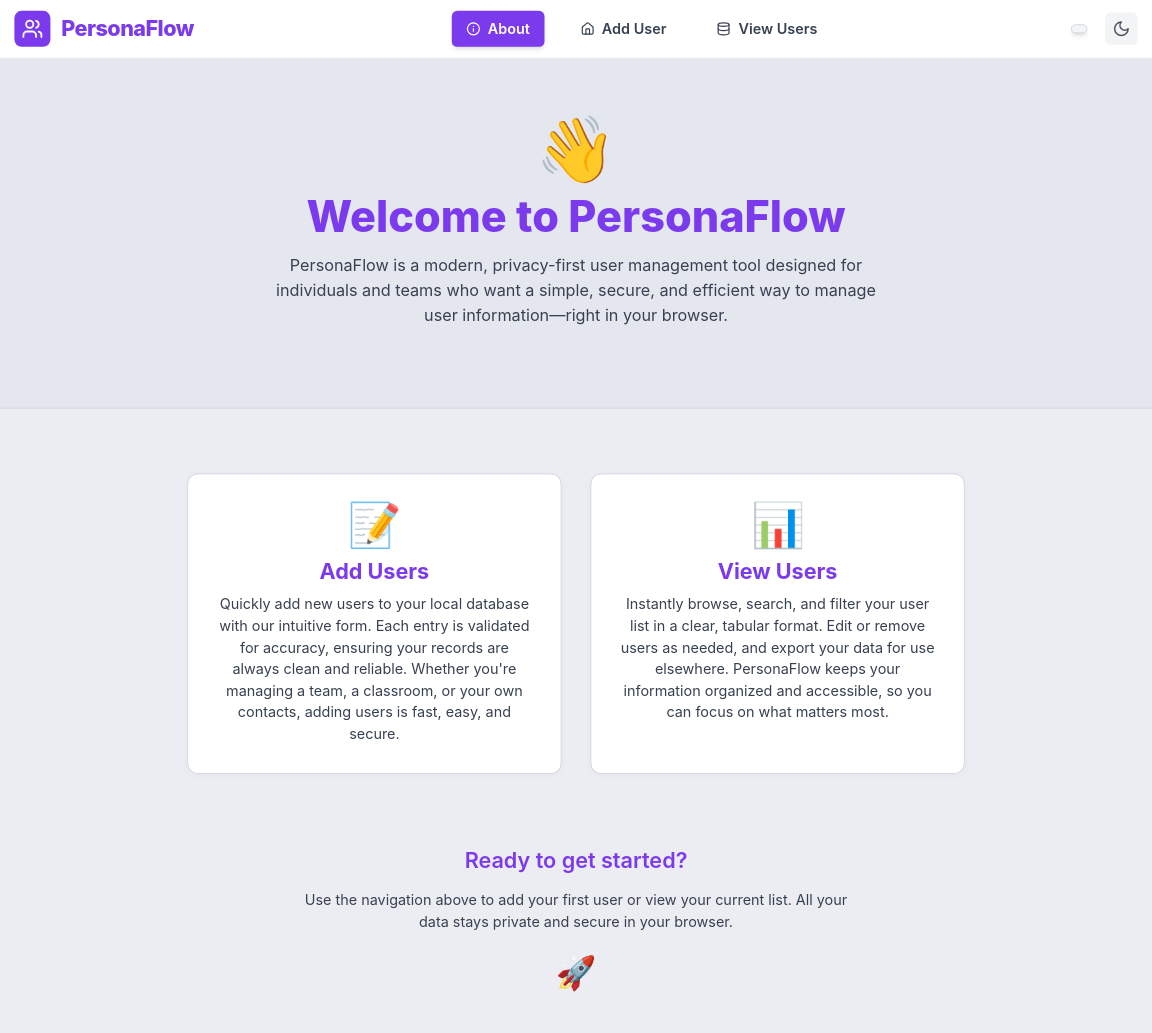
Repository: nikunjagarwal05/PersonaFlow
Page: /
These files come from the project's save history. The page is drawn as it stood at one moment and after the next save; the edit follows.
The browser window is 1280 px wide. The pictures show the whole page, at 90% of full size.
The project was rebuilt for these pictures with package versions that can differ from the ones it lists, and the page was loaded fresh each time. Also part of the build but not shown: vite.config.ts, src/components/Toast.jsx, src/components/LanguageSelector.jsx, src/components/UserForm.jsx, src/utils/localStorage.js, src/pages/Home.jsx, src/components/UserTable.jsx, src/components/SearchBar.jsx and 3 more.

Above is the page before, as saved 2025-06-12 12:17:05.

### index.html
<!doctype html>
<html lang="en">
  <head>
    <meta charset="UTF-8" />
    <link rel="icon" type="image/svg+xml" href="/vite.svg" />
    <meta name="viewport" content="width=device-width, initial-scale=1.0" />
    <meta name="description" content="PersonaFlow - A professional user management system with advanced data handling capabilities" />
    <meta name="keywords" content="user management, data management, professional design, React, JavaScript" />
    <meta name="author" content="PersonaFlow Team" />

    <!-- Open Graph / Facebook -->
    <meta property="og:type" content="website" />
    <meta property="og:title" content="PersonaFlow - Professional User Management" />
    <meta property="og:description" content="Manage users with our professional, clean interface" />

    <!-- Twitter -->
    <meta property="twitter:card" content="summary_large_image" />
    <meta property="twitter:title" content="PersonaFlow - Professional User Management" />
    <meta property="twitter:description" content="Manage users with our professional, clean interface" />

    <title>PersonaFlow - User Management System</title>
  </head>
  <body>
    <div id="root"></div>
    <script type="module" src="/src/main.jsx"></script>
    <script type="text/javascript">
      function googleTranslateElementInit() {
        new google.translate.TranslateElement({
          pageLanguage: 'en',
          layout: google.translate.TranslateElement.InlineLayout.HORIZONTAL
        }, 'google_translate_element');
      }
    </script>
  </body>
</html>

### src/App.jsx
import React, { useState, useEffect } from 'react';
import { BrowserRouter as Router, Routes, Route } from 'react-router-dom';

import { ToastProvider } from './components/ToastContainer';
import Navbar from './components/Navbar';
import Home from './pages/Home';
import ViewData from './pages/ViewData';
import About from './pages/About';

// App component manages global state, dark mode, and routing
function App() {
  const [darkMode, setDarkMode] = useState(() => {
    const saved = localStorage.getItem('darkMode');
    return saved ? JSON.parse(saved) : false;
  });

  useEffect(() => {
    localStorage.setItem('darkMode', JSON.stringify(darkMode));
    if (darkMode) {
      document.documentElement.classList.add('dark');
    } else {
      document.documentElement.classList.remove('dark');
    }
  }, [darkMode]);

  const toggleDarkMode = () => {
    setDarkMode(!darkMode);
  };

  return (
    <div className={`min-h-screen transition-colors duration-300 ${darkMode ? 'dark' : ''}`}>
      <ToastProvider>
        <Router>
          <Navbar darkMode={darkMode} toggleDarkMode={toggleDarkMode} />
          <Routes>
            <Route path="/" element={<About />} />
            <Route path="/add" element={<Home />} />
            <Route path="/view" element={<ViewData />} />
          </Routes>
        </Router>
      </ToastProvider>
    </div>
  );
}

export default App;

### src/index.css
@tailwind base;
@tailwind components;
@tailwind utilities;

@layer base {
  html {
    scroll-behavior: smooth;
  }

  body {
    font-family: -apple-system, BlinkMacSystemFont, 'Segoe UI', 'Roboto', 'Oxygen',
      'Ubuntu', 'Cantarell', 'Fira Sans', 'Droid Sans', 'Helvetica Neue',
      sans-serif;
    -webkit-font-smoothing: antialiased;
    -moz-osx-font-smoothing: grayscale;
    background-color: theme('colors.lightbg');
    color: theme('colors.gray.900');
    top: 0 !important;
  }

  .card {
    background-color: theme('colors.lightcard');
    border: 1px solid theme('colors.lightborder');
    border-radius: 0.75rem;
    box-shadow: 0 2px 8px rgba(0, 0, 0, 0.03);
  }

  .dark body {
    background-color: theme('colors.gray.900');
    color: theme('colors.gray.100');
  }

  .dark .card {
    background-color: theme('colors.gray.800');
    border: 1px solid theme('colors.gray.700');
  }
}

@layer utilities {
  .animate-slide-in {
    animation: slideIn 0.3s ease-out;
  }

  .animate-fade-in {
    animation: fadeIn 0.2s ease-out;
  }

  .btn-hover {
    transition: all 0.2s ease-in-out;
  }

  .btn-hover:hover {
    transform: translateY(-1px);
    box-shadow: 0 4px 12px rgba(0, 0, 0, 0.15);
  }

  .card-hover {
    transition: all 0.2s ease-in-out;
  }

  .card-hover:hover {
    transform: translateY(-2px);
    box-shadow: 0 8px 25px rgba(0, 0, 0, 0.1);
  }

  .form-input {
    transition: all 0.2s ease-in-out;
  }

  .form-input:focus {
    transform: translateY(-1px);
  }

  .table-row {
    transition: all 0.2s ease-in-out;
  }

  .table-row:hover {
    transform: scale(1.01);
  }

  .btn-accent {
    background-color: theme('colors.accent.DEFAULT');
    color: #fff;
  }

  .btn-accent:hover {
    background-color: theme('colors.accent.dark');
  }

  .link-accent {
    color: theme('colors.accent.DEFAULT');
  }

  .link-accent:hover {
    color: theme('colors.accent.dark');
  }

  .dark .btn-accent {
    background-color: theme('colors.darkaccent.DEFAULT');
    color: #fff;
  }

  .dark .btn-accent:hover {
    background-color: theme('colors.darkaccent.dark');
  }

  .dark .link-accent {
    color: theme('colors.darkaccent.DEFAULT');
  }

  .dark .link-accent:hover {
    color: theme('colors.darkaccent.dark');
  }

  /* Loading spinner */
  .loading-spinner {
    border: 3px solid rgba(59, 130, 246, 0.3);
    border-top: 3px solid #3b82f6;
    border-radius: 50%;
    width: 24px;
    height: 24px;
    animation: spin 1s linear infinite;
  }

  /* Scrollbar */
  ::-webkit-scrollbar {
    width: 8px;
  }

  ::-webkit-scrollbar-track {
    background: rgba(0, 0, 0, 0.1);
    border-radius: 10px;
  }

  ::-webkit-scrollbar-thumb {
    background: #3b82f6;
    border-radius: 10px;
  }

  ::-webkit-scrollbar-thumb:hover {
    background: #2563eb;
  }

  /* Selection */
  ::selection {
    background: rgba(59, 130, 246, 0.3);
    color: white;
  }

  /* Focus styles */
  input:focus,
  select:focus,
  textarea:focus {
    outline: none;
    box-shadow: 0 0 0 3px rgba(59, 130, 246, 0.3);
  }

  /* Mobile animation override */
  @media (max-width: 768px) {
    .animate-slide-in {
      animation: slideInMobile 0.3s ease-out;
    }
  }

  /* Accessibility: High contrast */
  @media (prefers-contrast: high) {
    .bg-gradient-to-r {
      background: solid;
    }
  }

  /* Accessibility: Reduced motion */
  @media (prefers-reduced-motion: reduce) {
    * {
      animation-duration: 0.01ms !important;
      animation-iteration-count: 1 !important;
      transition-duration: 0.01ms !important;
    }

    .animate-slide-in,
    .animate-fade-in {
      animation: none;
    }
  }

  /* Google Translate Styling */
  #google_translate_element,
  #google_translate_element_mobile {
    font-size: 0.875rem;
    color: #fff;
    background-color: #1f2937;
    border: 1px solid #374151;
    border-radius: 0.375rem;
    padding: 0.25rem 0.5rem;
    max-width: fit-content;
    margin-right: 0.5rem;
    box-shadow: 0 0 10px rgba(0, 0, 0, 0.2);
  }

  .goog-te-combo {
    color: #fff !important;
    background-color: #1f2937 !important;
    border: none !important;
    padding: 0.25rem 0.5rem !important;
    border-radius: 0.375rem !important;
  }

  /* Only hide branding, not essential UI */
  .goog-logo-link {
    display: none !important;
  }

}

/* Keyframes */
@keyframes slideIn {
  from {
    opacity: 0;
    transform: translateX(100%);
  }
  to {
    opacity: 1;
    transform: translateX(0);
  }
}

@keyframes fadeIn {
  from {
    opacity: 0;
  }
  to {
    opacity: 1;
  }
}

@keyframes slideInMobile {
  from {
    opacity: 0;
    transform: translateY(20px);
  }
  to {
    opacity: 1;
    transform: translateY(0);
  }
}

@keyframes spin {
  0% {
    transform: rotate(0deg);
  }
  100% {
    transform: rotate(360deg);
  }
}

@layer utilities {
  /* Google Translate Box — Light Theme */
  #google_translate_element,
  #google_translate_element_mobile {
    @apply text-sm text-gray-800 bg-gray-100 border border-gray-300 rounded-md px-2 py-1 shadow-md;
    max-width: fit-content;
    margin-right: 0.5rem;
  }

  .goog-te-combo {
    @apply text-gray-800 bg-gray-100 border-none px-2 py-1 rounded-md;
  }

  /* Google Translate Box — Dark Theme */
  .dark #google_translate_element,
  .dark #google_translate_element_mobile {
    @apply text-sm text-white bg-gray-800 border border-gray-700 rounded-md px-2 py-1 shadow-lg;
  }

  .dark .goog-te-combo {
    @apply text-white bg-gray-800 border-none px-2 py-1 rounded-md;
  }

  /* Hide Google Branding (TOS Risk – optional) */
  .goog-logo-link,
  .goog-te-gadget span,
  .goog-te-banner-frame.skiptranslate,
  body > .goog-te-banner-frame {
    display: none !important;
  }
}

### src/components/ToastContainer.jsx
import React, { createContext, useContext, useState, useCallback } from 'react';
import Toast from './Toast';

// ToastContainer provides context and renders toasts
const ToastContext = createContext(undefined);

export const useToast = () => {
  const context = useContext(ToastContext);
  if (!context) {
    throw new Error('useToast must be used within a ToastProvider');
  }
  return context;
};

export const ToastProvider = ({ children }) => {
  const [toasts, setToasts] = useState([]);

  const showToast = useCallback((toast) => {
    const id = crypto.randomUUID();
    const newToast = {
      ...toast,
      id,
      onClose: removeToast,
    };
    setToasts(prev => [...prev, newToast]);
  }, []);

  const removeToast = useCallback((id) => {
    setToasts(prev => prev.filter(toast => toast.id !== id));
  }, []);

  return (
    <ToastContext.Provider value={{ showToast }}>
      {children}
      <div className="fixed top-4 right-4 z-50 space-y-2 max-w-sm">
        {toasts.map(toast => (
          <Toast key={toast.id} {...toast} />
        ))}
      </div>
    </ToastContext.Provider>
  );
};

### src/components/Navbar.jsx
import React from 'react';
import { Link, useLocation } from 'react-router-dom';
import { Home, Database, Moon, Sun, Users, Info } from 'lucide-react';
import LanguageSelector from './LanguageSelector';
import useGoogleTranslate from '../hooks/useGoogleTranslate';

const Navbar = ({ darkMode, toggleDarkMode }) => {
  const location = useLocation();
  useGoogleTranslate();

  return (
    <nav className="sticky top-0 z-40 bg-white dark:bg-gray-900 border-b border-gray-200 dark:border-gray-700 shadow-sm">
      <div className="max-w-7xl mx-auto flex justify-between items-center h-16 w-full px-4">
        {/* Left side */}
        <div className="flex items-center space-x-3 min-w-[220px]">
          <div className="p-2 bg-accent dark:bg-darkaccent rounded-lg">
            <Users className="w-6 h-6 text-white" />
          </div>
          <h1 className="text-2xl font-extrabold text-accent dark:text-darkaccent-light tracking-tight">
            PersonaFlow
          </h1>
        </div>

        {/* Center Links */}
        <div className="hidden md:flex items-center space-x-6">
          <Link
            to="/"
            className={`px-4 py-2 rounded-md font-semibold flex items-center space-x-2 ${
              location.pathname === '/'
                ? 'bg-accent dark:bg-darkaccent text-white shadow-md'
                : 'text-gray-700 dark:text-gray-300 hover:bg-gray-100 dark:hover:bg-gray-800'
            }`}
          >
            <Info className="w-4 h-4" />
            <span>About</span>
          </Link>
          <Link
            to="/add"
            className={`px-4 py-2 rounded-md font-semibold flex items-center space-x-2 ${
              location.pathname === '/add'
                ? 'bg-accent dark:bg-darkaccent text-white shadow-md'
                : 'text-gray-700 dark:text-gray-300 hover:bg-gray-100 dark:hover:bg-gray-800'
            }`}
          >
            <Home className="w-4 h-4" />
            <span>Add User</span>
          </Link>
          <Link
            to="/view"
            className={`px-4 py-2 rounded-md font-semibold flex items-center space-x-2 ${
              location.pathname === '/view'
                ? 'bg-accent dark:bg-darkaccent text-white shadow-md'
                : 'text-gray-700 dark:text-gray-300 hover:bg-gray-100 dark:hover:bg-gray-800'
            }`}
          >
            <Database className="w-4 h-4" />
            <span>View Users</span>
          </Link>
        </div>

        {/* Right Side - Dark Mode + Translate */}
        <div className="flex items-center space-x-3">
          <div id="google_translate_element"></div>
          <button
            onClick={toggleDarkMode}
            className="p-2 rounded-md bg-gray-100 dark:bg-gray-800 hover:bg-gray-200 dark:hover:bg-gray-700"
            aria-label="Toggle dark mode"
          >
            {darkMode ? (
              <Sun className="w-5 h-5 text-yellow-500" />
            ) : (
              <Moon className="w-5 h-5 text-gray-600" />
            )}
          </button>
        </div>
      </div>
    </nav>
  );
};

export default Navbar;

### src/pages/About.jsx
import React from 'react';

// About page: Explains the website and its main features in depth
const About = () => {
  return (
    <div className="min-h-screen bg-lightbg dark:bg-gray-900 text-gray-900 dark:text-gray-100">
      {/* Hero Section */}
      <section className="w-full py-16 bg-lightcard dark:bg-gray-800 border-b border-lightborder dark:border-gray-700 mb-10">
        <div className="max-w-3xl mx-auto px-4 flex flex-col items-center text-center">
          <span className="inline-block text-7xl mb-4">👋</span>
          <h1 className="text-4xl sm:text-5xl font-extrabold text-accent dark:text-accent-light mb-4">Welcome to PersonaFlow</h1>
          <p className="text-lg text-gray-700 dark:text-gray-200 max-w-2xl mb-6">
            PersonaFlow is a modern, privacy-first user management tool designed for individuals and teams who want a simple, secure, and efficient way to manage user information—right in your browser.
          </p>
        </div>
      </section>

      {/* Features Section */}
      <section className="max-w-4xl mx-auto px-4 py-8 grid grid-cols-1 md:grid-cols-2 gap-8">
        {/* Add Users Feature */}
        <div className="bg-white dark:bg-gray-800 card p-8 flex flex-col items-center text-center">
          <span className="text-5xl mb-3">📝</span>
          <h2 className="text-2xl font-bold text-accent dark:text-accent-light mb-2">Add Users</h2>
          <p className="text-gray-700 dark:text-gray-200">
            Quickly add new users to your local database with our intuitive form. Each entry is validated for accuracy, ensuring your records are always clean and reliable. Whether you're managing a team, a classroom, or your own contacts, adding users is fast, easy, and secure.
          </p>
        </div>
        {/* View Users Feature */}
        <div className="bg-white dark:bg-gray-800 card p-8 flex flex-col items-center text-center">
          <span className="text-5xl mb-3">📊</span>
          <h2 className="text-2xl font-bold text-accent dark:text-accent-light mb-2">View Users</h2>
          <p className="text-gray-700 dark:text-gray-200">
            Instantly browse, search, and filter your user list in a clear, tabular format. Edit or remove users as needed, and export your data for use elsewhere. PersonaFlow keeps your information organized and accessible, so you can focus on what matters most.
          </p>
        </div>
      </section>

      {/* Call to Action */}
      <section className="max-w-2xl mx-auto px-4 py-12 text-center">
        <h3 className="text-2xl font-semibold mb-4 text-accent dark:text-accent-light">Ready to get started?</h3>
        <p className="text-gray-700 dark:text-gray-200 mb-6">
          Use the navigation above to add your first user or view your current list. All your data stays private and secure in your browser.
        </p>
        <span className="inline-block text-4xl">🚀</span>
      </section>
    </div>
  );
};

export default About;

### src/hooks/useGoogleTranslate.js
import { Divide } from 'lucide-react';
import { useEffect } from 'react';

const useGoogleTranslate = () => {
  useEffect(() => {
    const addScript = () => {
      if (document.getElementById('google-translate-script')) return;

      const script = document.createElement('script');
      script.id = 'google-translate-script';
      script.src = '//translate.google.com/translate_a/element.js?cb=googleTranslateElementInit';
      script.async = true;
      document.body.appendChild(script);

      window.googleTranslateElementInit = () => {
        new window.google.translate.TranslateElement(
          {
            pageLanguage: 'en',
            includedLanguages: 'en,hi,fr,de,es,zh',
            layout: window.google.translate.TranslateElement.InlineLayout.SIMPLE,
          },
          'google_translate_element'
        );
      };
    };

    addScript();
  }, []);
};

export default useGoogleTranslate;

### tailwind.config.js
/** @type {import('tailwindcss').Config} */
export default {
  content: ['./index.html', './src/**/*.{js,ts,jsx,tsx}'],
  theme: {
    extend: {
      colors: {
        lightbg: '#ececf3', // deeper, softer white for light mode
        lightcard: '#e5e7ef', // soft card
        lightborder: '#d1d5db',
        accent: {
          DEFAULT: '#7c3aed', // deep purple for light mode
          dark: '#6d28d9', // even deeper purple
          light: '#a78bfa', // lighter purple
        },
        darkaccent: {
          DEFAULT: '#06b6d4', // cyan/teal for dark mode
          dark: '#0e7490',
          light: '#67e8f9',
        },
      },
    },
  },
  plugins: [],
  darkMode: 'class',
};

Loaded but not shown: src/main.jsx (common file)

After the next save:
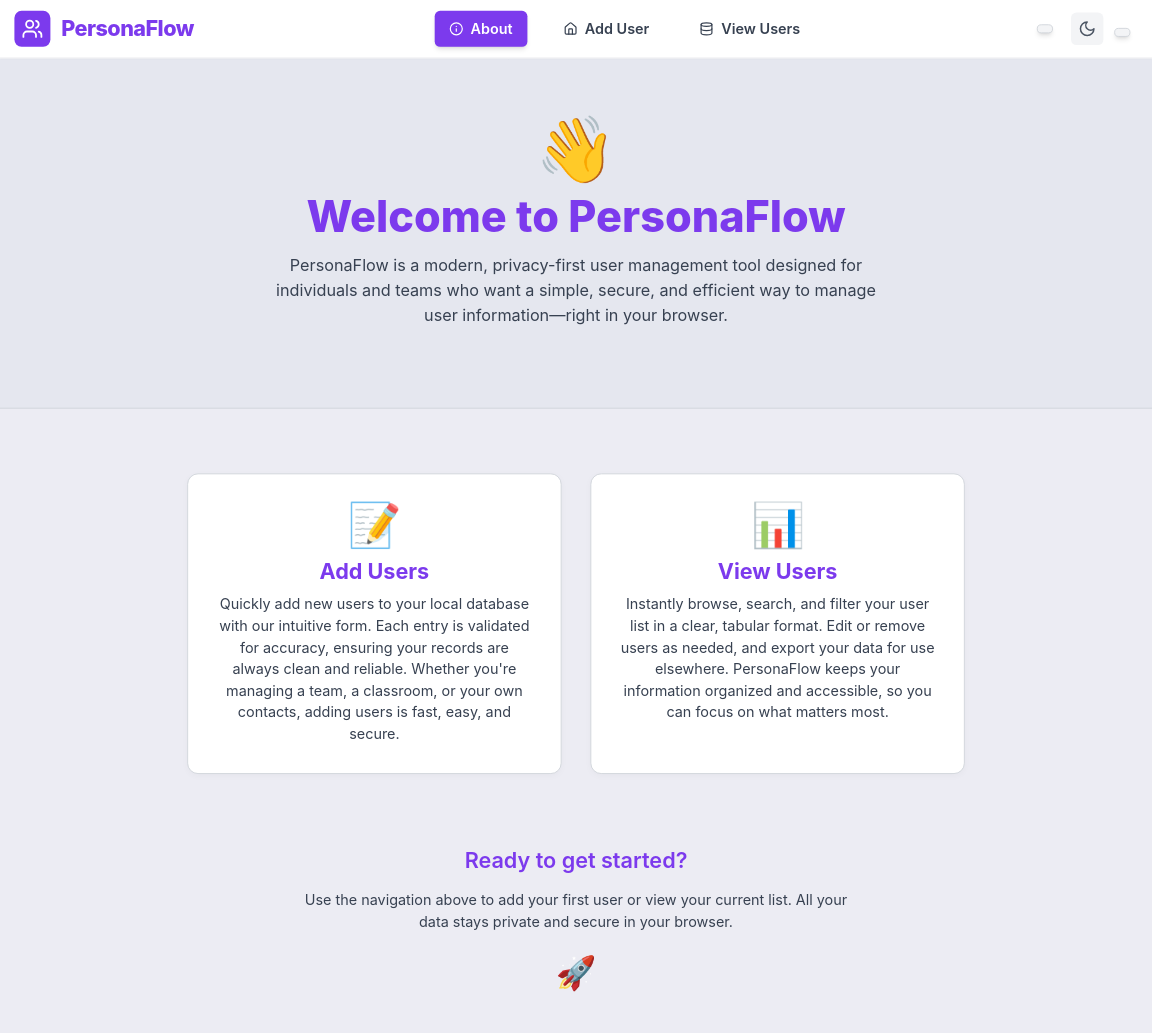
Saved 35 s later.
--- a/src/components/Navbar.jsx
+++ b/src/components/Navbar.jsx
@@ -72,6 +72,8 @@ const Navbar = ({ darkMode, toggleDarkMode }) => {
               <Moon className="w-5 h-5 text-gray-600" />
             )}
           </button>
+
+          <div id="google_translate_element" className="mt-2"></div>
         </div>
       </div>
     </nav>
